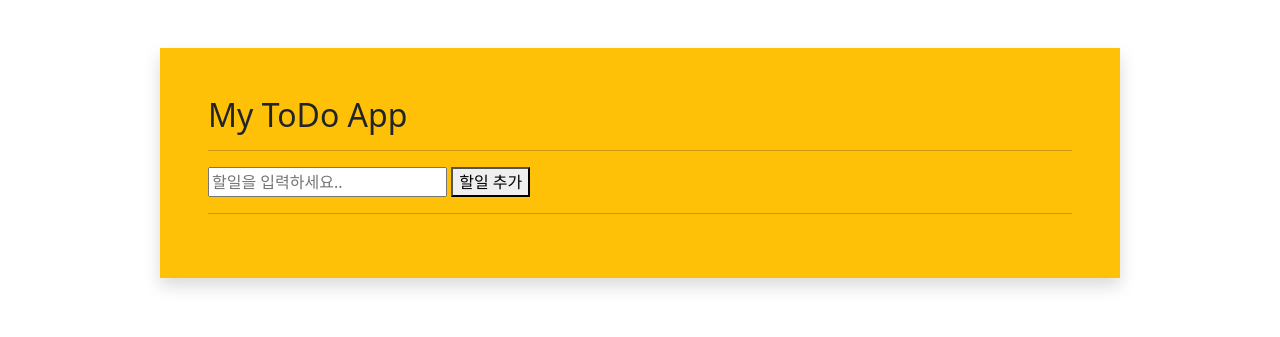
Repository: Hiron-Musk/JSP_ex
Page: jwbook/src/main/webapp/ch03/todoapp.html
An editor plug-in stored every save of this project. The page is shown before and after the next save, followed by the edit.
The browser window is 1280 px wide. The pictures show the whole page.

Above is the page before, as saved 2024-03-08 05:55:32.

After the next save:
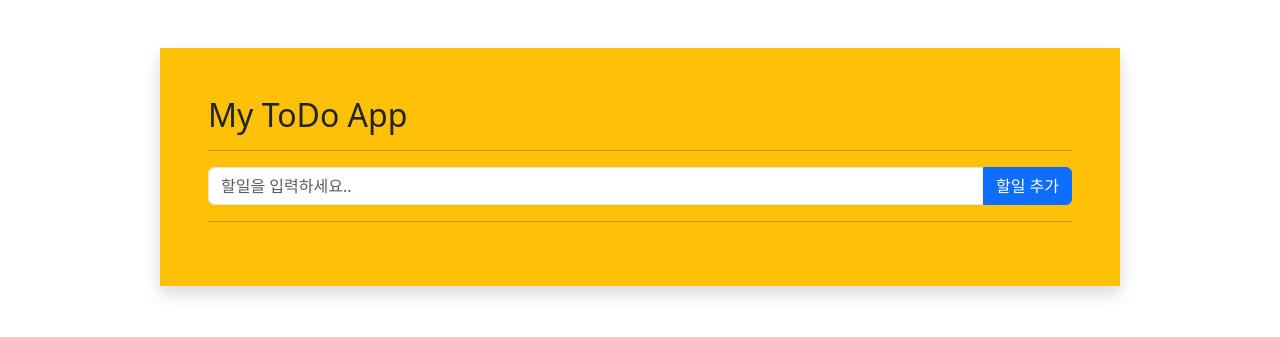
Saved 53 s later.
--- a/jwbook/src/main/webapp/ch03/todoapp.html
+++ b/jwbook/src/main/webapp/ch03/todoapp.html
@@ -9,9 +9,9 @@
 		<div class="container bg-warning shadow mx-auto mt-5 p-5 w-75">
 			<h2>My ToDo App</h2>
 			<hr>
-			<div>
-				<input id="item" type="text" placeholder="할일을 입력하세요..">
-				<button type="button" onclick="addItem()">할일 추가</button>
+			<div class="input-group">
+				<input id="item" class="form-control" type="text" placeholder="할일을 입력하세요..">
+				<button type="button" class="btn btn-primary" onclick="addItem()">할일 추가</button>
 			</div>
 				<hr>
 				<ul id="todolist"></ul>
